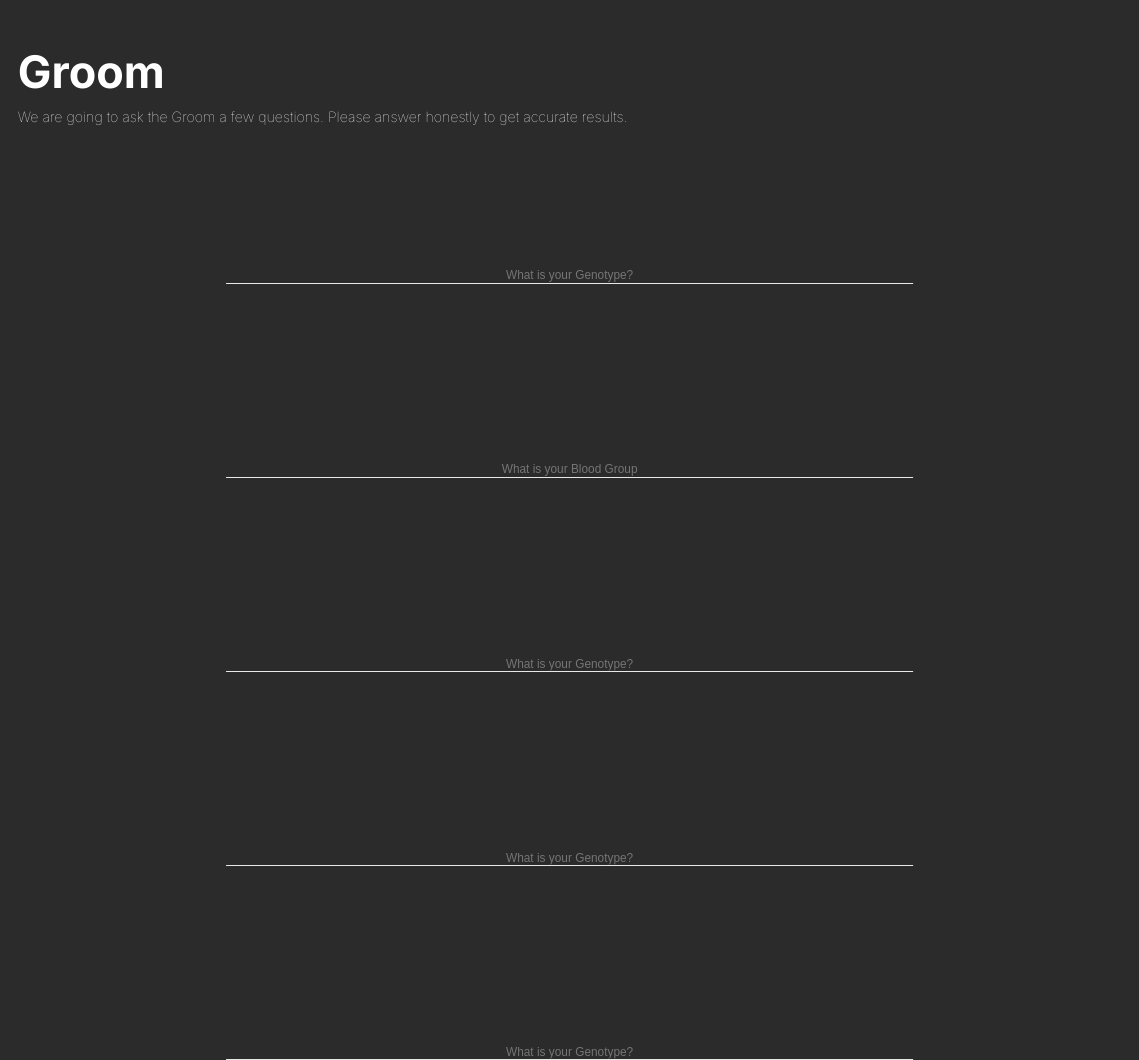
Repository: devhabeeblateef/tictactoe
Page: /, after clicking the first element matching `button.Home_f63b8_start`
An editor plug-in stored every save of this project. The page is shown before and after the next save, followed by the edit.
The browser window is 1280 px wide. The pictures show the whole page, at 89% of full size.
The project was rebuilt for these pictures with package versions that can differ from the ones it lists, and the page was loaded fresh each time. Also part of the build but not shown: src/App.css.

Above is the page before, as saved 2022-06-17 01:58:08.

After the next save:
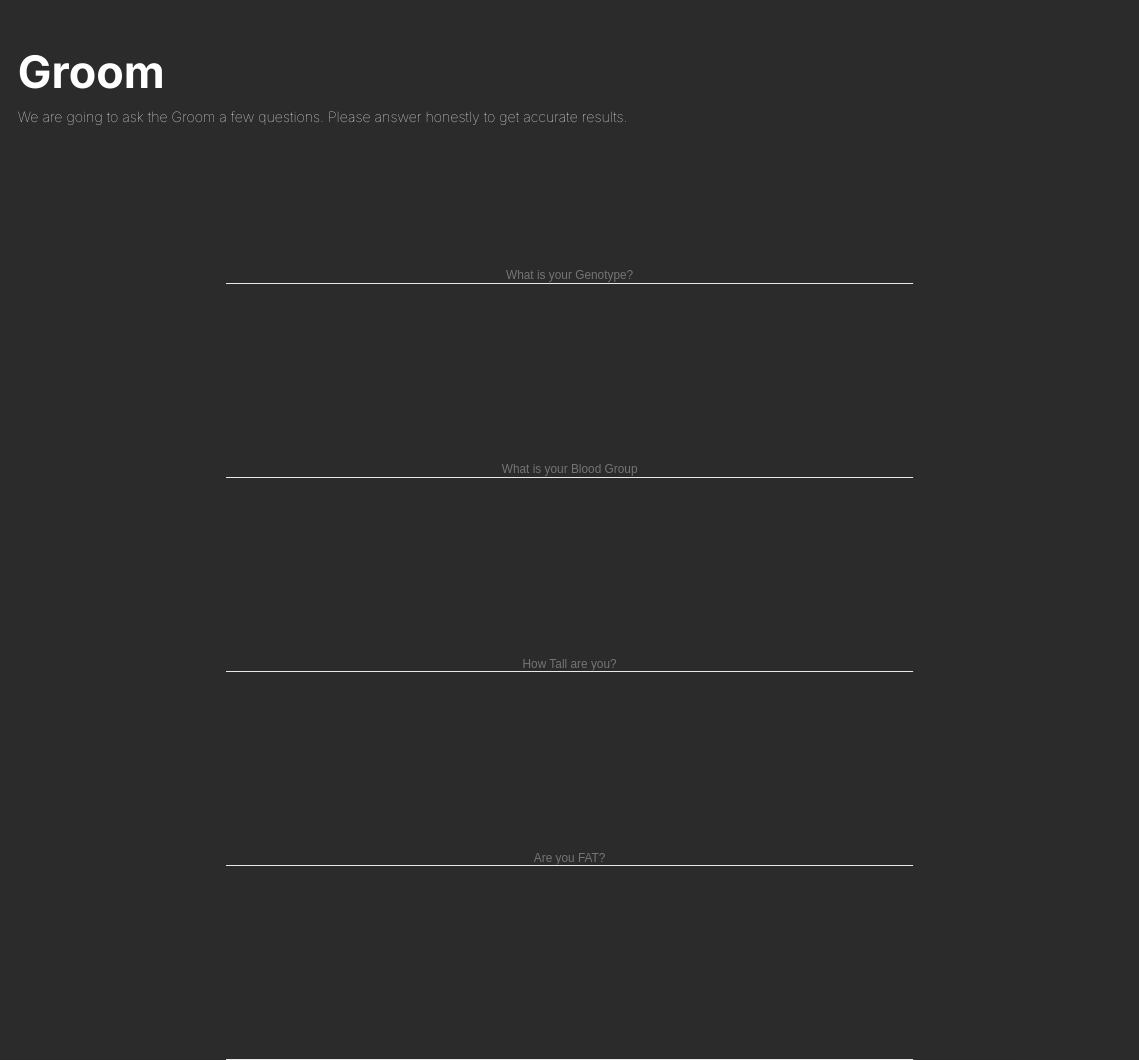
Saved 5 s later.
--- a/src/Form.js
+++ b/src/Form.js
@@ -26,9 +26,9 @@ function Form() {
         Start</button> : ""}
         <Myform placeholder={maleQuestions[0]}/>
         <Myform placeholder={maleQuestions[1]}/>
-        <Myform placeholder={maleQuestions[0]}/>
-        <Myform placeholder={maleQuestions[0]}/>
-        <Myform placeholder={maleQuestions[0]}/>
+        <Myform placeholder={maleQuestions[2]}/>
+        <Myform placeholder={maleQuestions[3]}/>
+        <Myform placeholder={maleQuestions[4]}/>
         </center>
     </div>
   )
